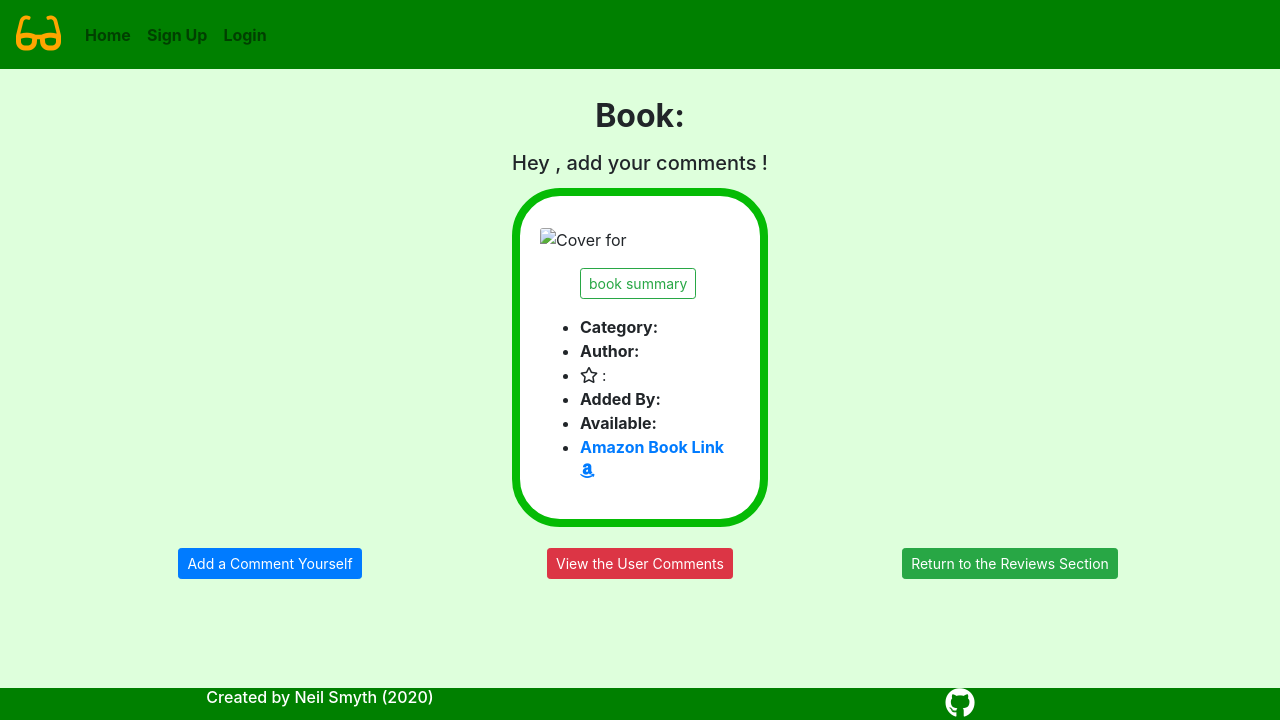
Repository: NeiloErnesto89/Data_Centric_Dev_Milestone_Project3
Page: templates/individual_book.html
The author's editor kept a record of every edit. The page is drawn from the files as they stood at one moment, then again after the next edit.
The browser window is 1280 px wide. The pictures show the whole page.
Some web libraries are served in a nearby version. The template is drawn by Flask 3. The application's start-up code is not run. The template is opened directly, without the code that normally fills it, so the values that code supplies are empty.

Above is the page before.

After the next edit:
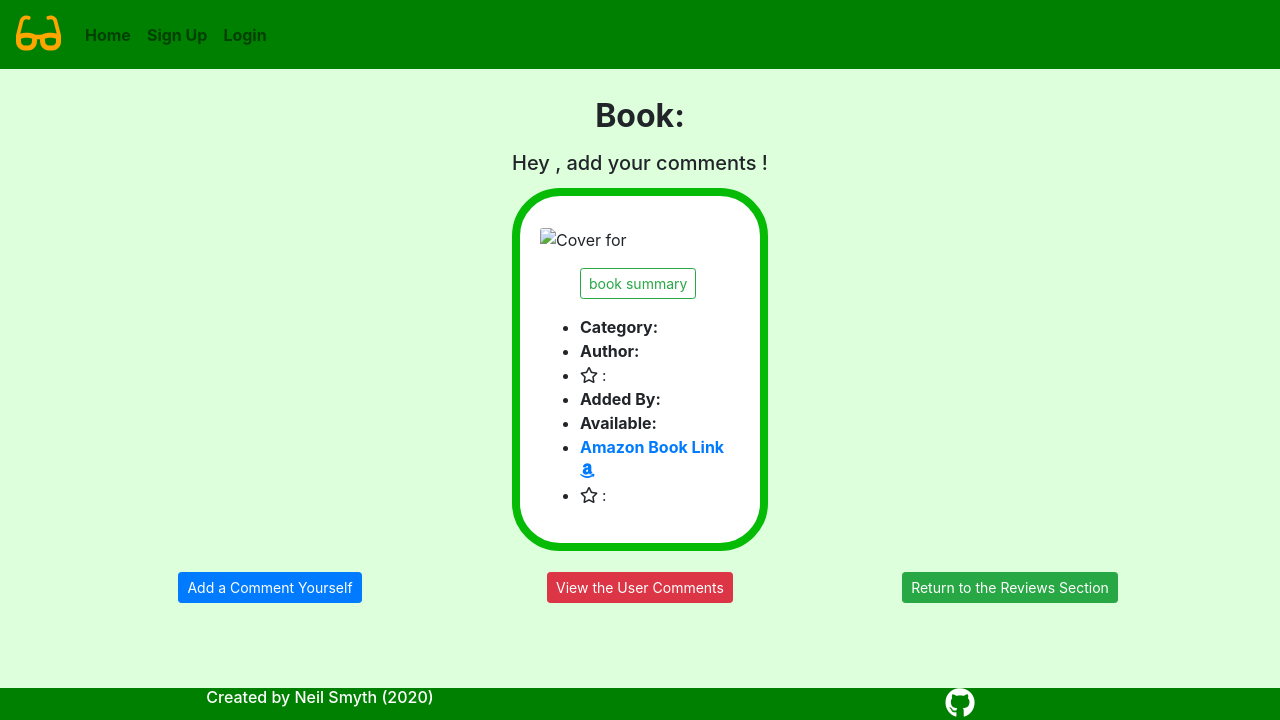
The edit:
--- a/templates/individual_book.html
+++ b/templates/individual_book.html
@@ -53,6 +53,9 @@
                             <li>
                                 <a href="{{book.amazon}}"><b> Amazon Book Link <i class="fab fa-amazon"></i></b></a>
                             </li>
+                            <li>
+                                <b></b> <i class="far fa-star"> : </i> {{book.stars}}
+                            </li>
 
 
                         </ul>
